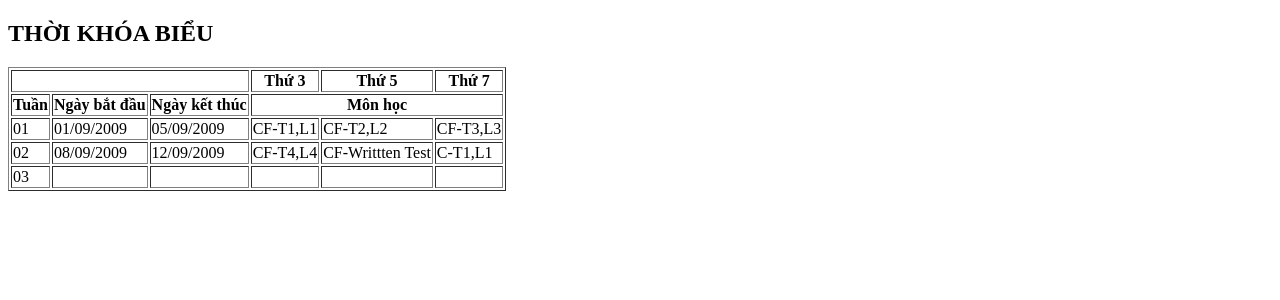
Repository: Lehuyhuynh/BT1-HTML
Page: index.html
These files come from the project's save history. The page is drawn as it stood at one moment and after the next save; the edit follows.
The browser window is 1280 px wide. The pictures show the whole page.

Above is the page before, as saved 2023-08-06 21:19:27.

### index.html
<!DOCTYPE html>
<html lang="en">
<head>
  <meta charset="UTF-8">
  <meta name="viewport" content="width=device-width, initial-scale=1.0">
  <title>THỜI KHÓA BIỂU</title>
</head>
<body>

  <div>
    <h2> THỜI KHÓA BIỂU</h2>


  </div>

  <div>
    <table border="1">
      <thead>

      </thead>
      <tr>
        <th colspan="3"></th>
        <th>Thứ 3</th>
        <th>Thứ 5</th>
        <th>Thứ 7</th>
      </tr>

      <tr>
        <th>Tuần</th>
        <th>Ngày bắt đầu</th>
        <th>Ngày kết thúc</th>
        <th colspan="3">Môn học</th>
      </tr>

      <tr>
        <td>01</td>
        <td>01/09/2009</td>
        <td>05/09/2009</td>
        <td>CF-T1,L1</td>
        <td>CF-T2,L2</td>
        <td>CF-T3,L3</td>
      </tr>

      <tr>
        <td>02</td>
        <td>08/09/2009</td>
        <td>12/09/2009</td>
        <td>CF-T4,L4</td>
        <td>CF-Writtten Test</td>
        <td>C-T1,L1</td>
      </tr>

      <tr>
        <td>03</td>
        <td></td>
        <td></td>
        <td></td>
        <td></td>
        <td></td>
      </tr>

    </table>
  </div>

</body>
</html>

After the next save:
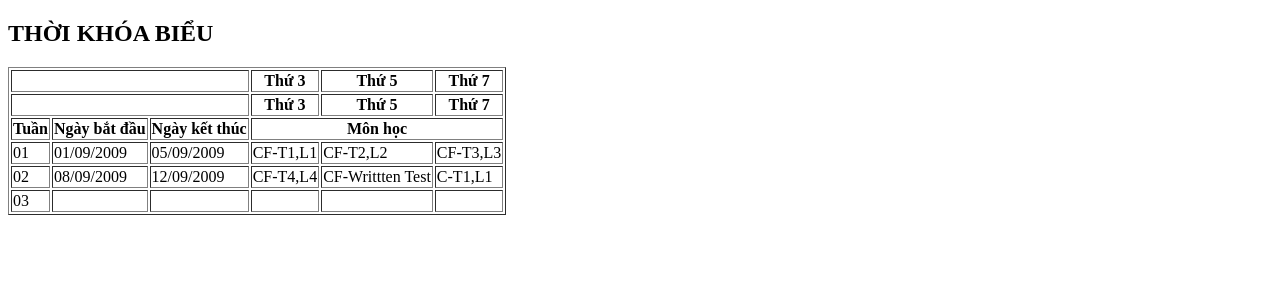
Saved 13 s later.
--- a/index.html
+++ b/index.html
@@ -16,6 +16,13 @@
   <div>
     <table border="1">
       <thead>
+
+        <tr>
+          <th colspan="3"></th>
+          <th>Thứ 3</th>
+          <th>Thứ 5</th>
+          <th>Thứ 7</th>
+        </tr>
 
       </thead>
       <tr>

After the save that followed:
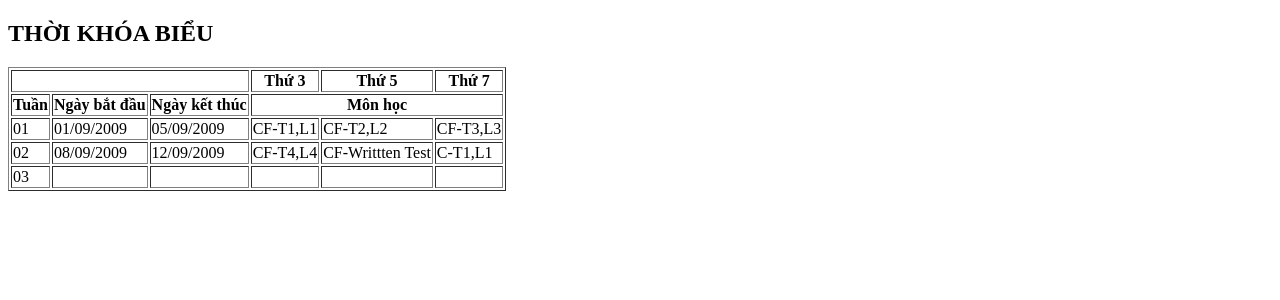
Saved 17 s later.
--- a/index.html
+++ b/index.html
@@ -25,12 +25,7 @@
         </tr>
 
       </thead>
-      <tr>
-        <th colspan="3"></th>
-        <th>Thứ 3</th>
-        <th>Thứ 5</th>
-        <th>Thứ 7</th>
-      </tr>
+
 
       <tr>
         <th>Tuần</th>
